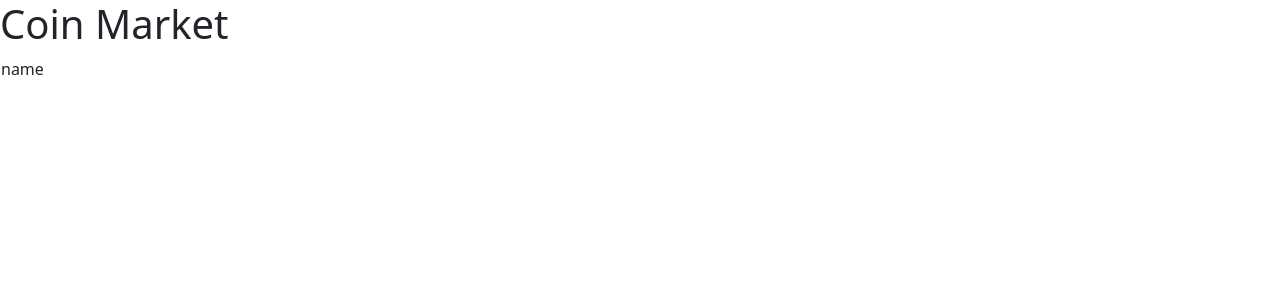
Repository: Ellisvelandia/react-coingecko-api
Page: /
The author's editor kept a copy of each file at every save. The page is drawn from the files as they stood at one save, then again after the next save.
The browser window is 1280 px wide. The pictures show the whole page.
The page's requests for data from a server got no answer. The project was rebuilt for these pictures with package versions that can differ from the ones it lists, and the page was loaded fresh each time. No one was signed in, and anything a server would have sent is missing. Also part of the build but not shown: src/index.css, src/App.css.

Above is the page before, as saved 2022-09-11 23:05:41.

After the next save:
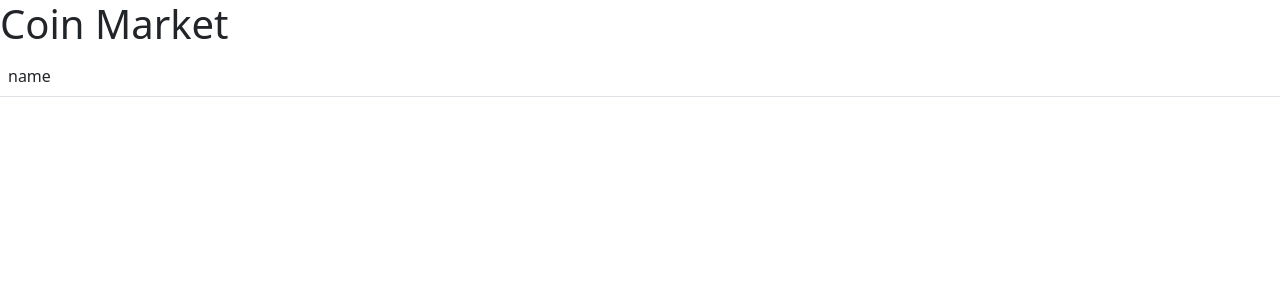
Saved 13 s later.
--- a/src/components/TableCoins.js
+++ b/src/components/TableCoins.js
@@ -2,7 +2,7 @@ import React from "react";
 
 const TableCoins = ({ coins }) => {
   return (
-    <table className="">
+    <table className="table">
       <thead>
         <tr>
           <td>name</td>
